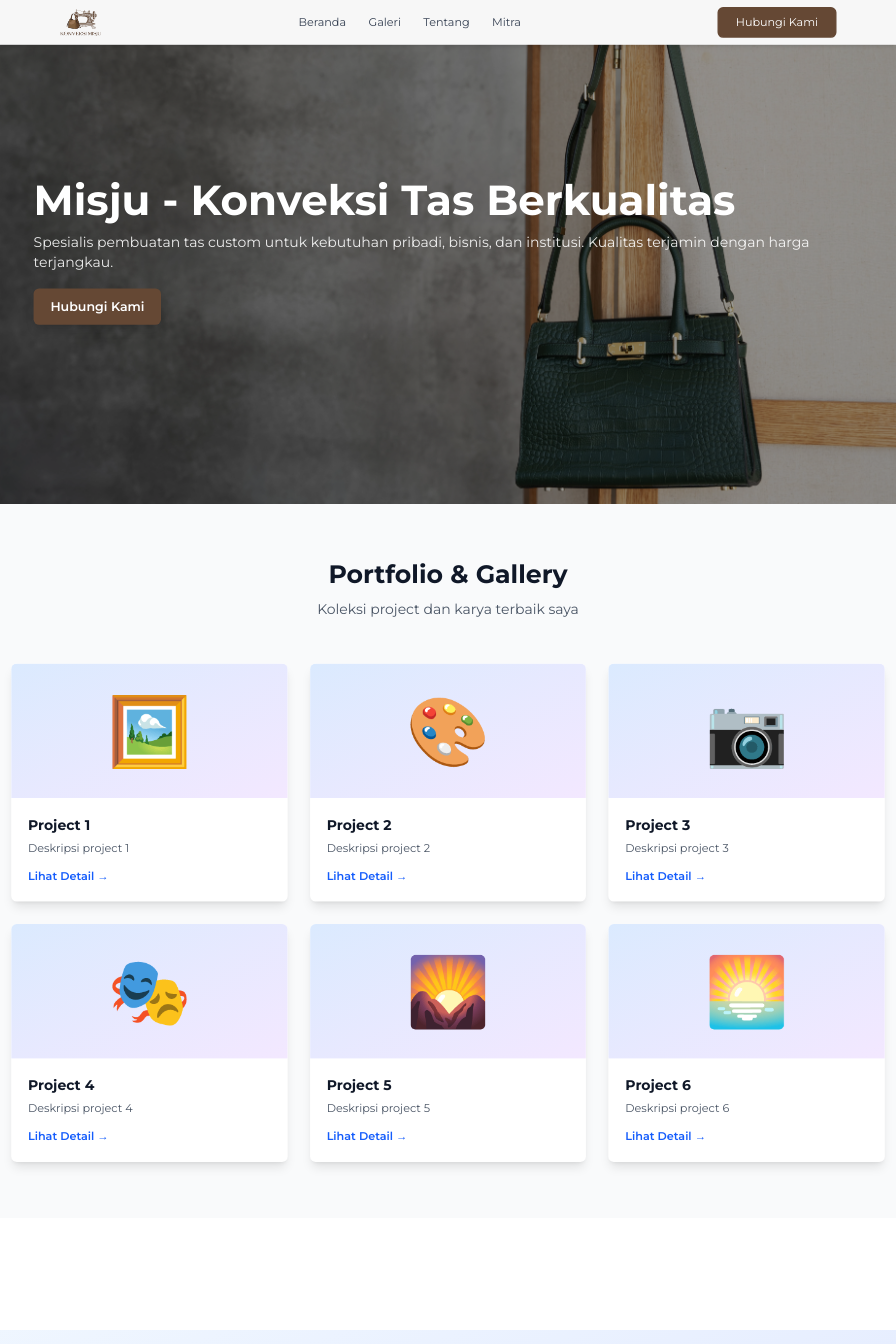
Repository: faridfirdaus-fred/konveksi_misju
Page: /
An editor plug-in stored every save of this project. The page is shown before and after the next save, followed by the edit.
The browser window is 1280 px wide. The pictures show the part of the page from y = 0 to 1920 px (the page is 3133 px tall), at 70% of full size.
The project was rebuilt for these pictures with package versions that can differ from the ones it lists, and the page was loaded fresh each time. Also part of the build but not shown: vite.config.js.

Above is the page before, as saved 2026-01-08 20:45:09.

### index.html
<!doctype html>
<html lang="en">
  <head>
    <meta charset="UTF-8" />
    <link rel="icon" type="image/svg+xml" href="/vite.svg" />
    <meta name="viewport" content="width=device-width, initial-scale=1.0" />
    <link rel="preconnect" href="https://fonts.googleapis.com">
    <link rel="preconnect" href="https://fonts.gstatic.com" crossorigin>
    <link href="https://fonts.googleapis.com/css2?family=Montserrat:wght@300;400;500;600;700;800&display=swap" rel="stylesheet">
    <title>portfolio_misju</title>
  </head>
  <body>
    <div id="root"></div>
    <script type="module" src="/src/main.jsx"></script>
  </body>
</html>

### src/index.css
@import "tailwindcss";

@theme {
  --color-primary: #654834;
  --color-secondary: #F7F7F7;
}

### src/App.jsx
import './App.css'
import Navbar from './components/Navbar'
import Hero from './components/Hero'
import Partners from './components/Partners'
import Gallery from './components/Gallery'
import About from './components/About'
import Footer from './components/Footer'
import Hero_Bottom from './components/Hero_Bottom'

function App() {
  return (
    <div className="min-h-screen bg-gray-50">
      <Navbar />
      <Hero />
      <Gallery />
      <About />
      <Hero_Bottom />
      <Partners />
      <Footer />
    </div>
  )
}

export default App

### src/App.css
/* Custom styles for portfolio */
html {
  scroll-behavior: smooth;
}

body {
  font-family: "Montserrat", sans-serif;
  font-optical-sizing: auto;
}

### src/components/Navbar.jsx
import { useState } from 'react'
import logo from '../assets/logo.webp'

function Navbar() {
    const [isMobileMenuOpen, setIsMobileMenuOpen] = useState(false)

    const scrollToSection = (id) => {
        const element = document.getElementById(id)
        if (element) {
            element.scrollIntoView({ behavior: 'smooth' })
        }
        setIsMobileMenuOpen(false)
    }

    return (
        <nav className="fixed top-0 left-0 right-0 bg-secondary shadow-md z-50">
            <div className="w-11/12 md:11/12 mx-auto px-4 sm:px-6 lg:px-8">
                <div className="flex justify-between items-center h-16">
                    {/* Logo - Kiri */}
                    <div className="shrink-0">
                        <a href="#home" className="flex items-center">
                            <img src={logo} alt="MyPortfolio Logo" className="h-10 w-auto" />
                        </a>
                    </div>

                    {/* Navigation - Tengah (Desktop) */}
                    <div className="hidden md:flex space-x-8">
                        <button onClick={() => scrollToSection('home')} className="text-gray-700 hover:text-primary transition">
                            Beranda
                        </button>

                        <button onClick={() => scrollToSection('gallery')} className="text-gray-700 hover:text-primary transition">
                            Galeri
                        </button>
                        <button onClick={() => scrollToSection('about')} className="text-gray-700 hover:text-primary transition">
                            Tentang
                        </button>
                         <button onClick={() => scrollToSection('partners')} className="text-gray-700 hover:text-primary transition">
                            Mitra
                        </button>
                    </div>

                    {/* Contact Button - Kanan */}
                    <div className="hidden md:block">
                        <a
                            href="https://wa.me/6285318217545"
                            target="_blank"
                            rel="noopener noreferrer"
                            className="inline-block bg-primary text-white px-6 py-2 rounded-lg transition hover:bg-secondary hover:text-primary border-2 border-primary"
                        >
                            Hubungi Kami
                        </a>
                    </div>

                    {/* Mobile menu button */}
                    <div className="md:hidden">
                        <button
                            onClick={() => setIsMobileMenuOpen(!isMobileMenuOpen)}
                            className="text-gray-700 hover:text-blue-600"
                        >
                            <svg className="h-6 w-6" fill="none" viewBox="0 0 24 24" stroke="currentColor">
                                <path strokeLinecap="round" strokeLinejoin="round" strokeWidth={2} d={isMobileMenuOpen ? "M6 18L18 6M6 6l12 12" : "M4 6h16M4 12h16M4 18h16"} />
                            </svg>
                        </button>
                    </div>
                </div>
            </div>

            {/* Mobile menu */}
            {isMobileMenuOpen && (
                <div className="md:hidden bg-white border-t">
                    <div className="px-2 pt-2 pb-3 space-y-1">
                        <button onClick={() => scrollToSection('home')} className="block w-full text-left px-3 py-2 text-gray-700 hover:bg-gray-100">
                            Beranda
                        </button>
                        <button onClick={() => scrollToSection('partners')} className="block w-full text-left px-3 py-2 text-gray-700 hover:bg-gray-100">
                            Mitra
                        </button>
                        <button onClick={() => scrollToSection('gallery')} className="block w-full text-left px-3 py-2 text-gray-700 hover:bg-gray-100">
                            Galeri
                        </button>
                        <button onClick={() => scrollToSection('about')} className="block w-full text-left px-3 py-2 text-gray-700 hover:bg-gray-100">
                            Tentang
                        </button>
                        <a
                            href="https://wa.me/6285318217545"
                            target="_blank"
                            rel="noopener noreferrer"
                            className="block w-full text-center px-3 py-2 bg-blue-600 text-white hover:bg-blue-700 rounded"
                        >
                            Kontak
                        </a>
                    </div>
                </div>
            )}
        </nav>
    )
}

export default Navbar

### src/components/Hero.jsx
import hero from '../assets/hero.webp'

function Hero() {

  return (
    <section
      id="home"
      className="min-h-screen w-full flex items-center relative bg-cover bg-center bg-no-repeat"
      style={{
        backgroundImage: `url(${hero})`
      }}
    >
      {/* Overlay */}
      <div className="absolute inset-0 bg-black/40"></div>

      {/* Content */}
      <div className="relative z-10 max-w-7xl mx-auto w-full px-6 md:px-12">
        <div className="max- text-start">
          <h1 className="text-4xl md:text-6xl font-bold text-white mb-4">
            Misju - Konveksi Tas Berkualitas
          </h1>
          <p className="text-lg md:text-xl text-white/90 mb-6">
            Spesialis pembuatan tas custom untuk kebutuhan pribadi, bisnis, dan institusi. Kualitas terjamin dengan harga terjangkau.
          </p>
          <div className="flex flex-wrap gap-4">
            <a
              href="https://wa.me/6285318217545"
              target="_blank"
              rel="noopener noreferrer"
              className="bg-primary text-white px-6 py-3 rounded-lg text-lg font-semibold hover:bg-secondary hover:text-primary transition shadow-lg"
            >
              Hubungi Kami
            </a>
          </div>
        </div>
      </div>
    </section>
  )
}

export default Hero

### src/components/Partners.jsx
function Partners() {
  const partners = [
    { id: 1, name: 'Company 1', logo: '🏢' },
    { id: 2, name: 'Company 2', logo: '🏭' },
    { id: 3, name: 'Company 3', logo: '🏪' },
    { id: 4, name: 'Company 4', logo: '🏛️' },
    { id: 5, name: 'Company 5', logo: '🏦' },
  ]

  return (
    <section id="partners" className="py-20 px-4 bg-white">
      <div className="max-w-7xl mx-auto">
        <div className="text-center mb-16">
          <h2 className="text-4xl font-bold text-gray-900 mb-4">
            Perusahaan yang Telah Bekerja Sama
          </h2>
          <p className="text-xl text-gray-600">
            Dipercaya oleh berbagai perusahaan terkemuka
          </p>
        </div>
        <div className="grid grid-cols-2 md:grid-cols-3 lg:grid-cols-5 gap-8">
          {partners.map((partner) => (
            <div key={partner.id} className="flex flex-col items-center justify-center p-6 bg-gray-50 rounded-lg hover:shadow-lg transition">
              <div className="text-6xl mb-4">{partner.logo}</div>
              <p className="text-gray-700 font-semibold">{partner.name}</p>
            </div>
          ))}
        </div>
      </div>
    </section>
  )
}

export default Partners

### src/components/Gallery.jsx
function Gallery() {
  const galleryItems = [
    { id: 1, title: 'Project 1', image: '🖼️', description: 'Deskripsi project 1' },
    { id: 2, title: 'Project 2', image: '🎨', description: 'Deskripsi project 2' },
    { id: 3, title: 'Project 3', image: '📷', description: 'Deskripsi project 3' },
    { id: 4, title: 'Project 4', image: '🎭', description: 'Deskripsi project 4' },
    { id: 5, title: 'Project 5', image: '🌄', description: 'Deskripsi project 5' },
    { id: 6, title: 'Project 6', image: '🌅', description: 'Deskripsi project 6' },
  ]

  return (
    <section id="gallery" className="py-20 px-4 bg-gray-50">
      <div className="max-w-7xl mx-auto">
        <div className="text-center mb-16">
          <h2 className="text-4xl font-bold text-gray-900 mb-4">
            Portfolio & Gallery
          </h2>
          <p className="text-xl text-gray-600">
            Koleksi project dan karya terbaik saya
          </p>
        </div>
        <div className="grid grid-cols-1 md:grid-cols-2 lg:grid-cols-3 gap-8">
          {galleryItems.map((item) => (
            <div key={item.id} className="bg-white rounded-lg overflow-hidden shadow-lg hover:shadow-xl transition">
              <div className="h-48 bg-gradient-to-br from-blue-100 to-purple-100 flex items-center justify-center text-8xl">
                {item.image}
              </div>
              <div className="p-6">
                <h3 className="text-xl font-bold text-gray-900 mb-2">{item.title}</h3>
                <p className="text-gray-600">{item.description}</p>
                <button className="mt-4 text-blue-600 font-semibold hover:text-blue-700">
                  Lihat Detail →
                </button>
              </div>
            </div>
          ))}
        </div>
      </div>
    </section>
  )
}

export default Gallery

### src/components/About.jsx
function About() {
  return (
    <section id="about" className="py-20 px-4 bg-white ">
      <div className="max-w-7xl mx-auto">

      </div>
    </section>
  )
}

export default About

### src/components/Footer.jsx
function Footer() {
  const scrollToSection = (id) => {
    const element = document.getElementById(id)
    if (element) {
      element.scrollIntoView({ behavior: 'smooth' })
    }
  }

  return (
    <footer id="footer" className="bg-primary text-white py-12 px-4">
      <div className="max-w-7xl mx-auto">
        <div className="grid grid-cols-1 md:grid-cols-3 gap-8 mb-8">
          {/* About */}
          <div>
            <h3 className="text-2xl font-bold mb-4">MyPortfolio</h3>
            <p className="text-gray-400">
              Menciptakan solusi digital yang inovatif dan berkualitas untuk kesuksesan bisnis Anda
            </p>
          </div>

          {/* Quick Links */}
          <div>
            <h3 className="text-xl font-bold mb-4">Quick Links</h3>
            <ul className="space-y-2">
              <li>
                <button onClick={() => scrollToSection('home')} className="text-gray-400 hover:text-white transition">
                  Home
                </button>
              </li>
              <li>
                <button onClick={() => scrollToSection('partners')} className="text-gray-400 hover:text-white transition">
                  Partners
                </button>
              </li>
              <li>
                <button onClick={() => scrollToSection('gallery')} className="text-gray-400 hover:text-white transition">
                  Gallery
                </button>
              </li>
              <li>
                <button onClick={() => scrollToSection('about')} className="text-gray-400 hover:text-white transition">
                  About
                </button>
              </li>
            </ul>
          </div>

          {/* Contact */}
          <div>
            <h3 className="text-xl font-bold mb-4">Contact</h3>
            <ul className="space-y-2 text-gray-400">
              <li>📧 email@example.com</li>
              <li>📱 +62 123 4567 8900</li>
              <li>📍 Jakarta, Indonesia</li>
            </ul>
            <div className="flex gap-4 mt-4">
              <a href="#" className="text-2xl hover:text-blue-400 transition">🔗</a>
              <a href="#" className="text-2xl hover:text-blue-400 transition">💼</a>
              <a href="#" className="text-2xl hover:text-blue-400 transition">📸</a>
            </div>
          </div>
        </div>

        <div className="border-t border-gray-800 pt-8 text-center text-gray-400">
          <p>&copy; 2026 MyPortfolio. All rights reserved.</p>
        </div>
      </div>
    </footer>
  )
}

export default Footer

### src/components/Hero_Bottom.jsx
function Hero_Bottom() {
  const scrollToSection = (id) => {
    const element = document.getElementById(id)
    if (element) {
      element.scrollIntoView({ behavior: 'smooth' })
    }
  }

  return (
    <section id="home" className="pt-24 pb-20 px-4 bg-gradient-to-br from-blue-50 to-indigo-100">
      <div className="max-w-7xl mx-auto">
        <div className="text-center">
          <h1 className="text-5xl md:text-6xl font-bold text-gray-900 mb-6">
            Selamat Datang di Portfolio Saya
          </h1>
          <p className="text-xl md:text-2xl text-gray-600 mb-8 max-w-3xl mx-auto">
            Saya adalah seorang profesional yang berpengalaman dalam menciptakan solusi digital yang inovatif dan berkualitas tinggi
          </p>
          <div className="flex justify-center gap-4">
            <button onClick={() => scrollToSection('gallery')} className="bg-blue-600 text-white px-8 py-3 rounded-lg text-lg font-semibold hover:bg-blue-700 transition">
              Lihat Portfolio
            </button>
            <button onClick={() => scrollToSection('footer')} className="bg-white text-blue-600 px-8 py-3 rounded-lg text-lg font-semibold border-2 border-blue-600 hover:bg-blue-50 transition">
              Hubungi Saya
            </button>
          </div>
        </div>
      </div>
    </section>
  )
}

export default Hero_Bottom

Loaded but not shown: src/main.jsx (common file)

After the next save:
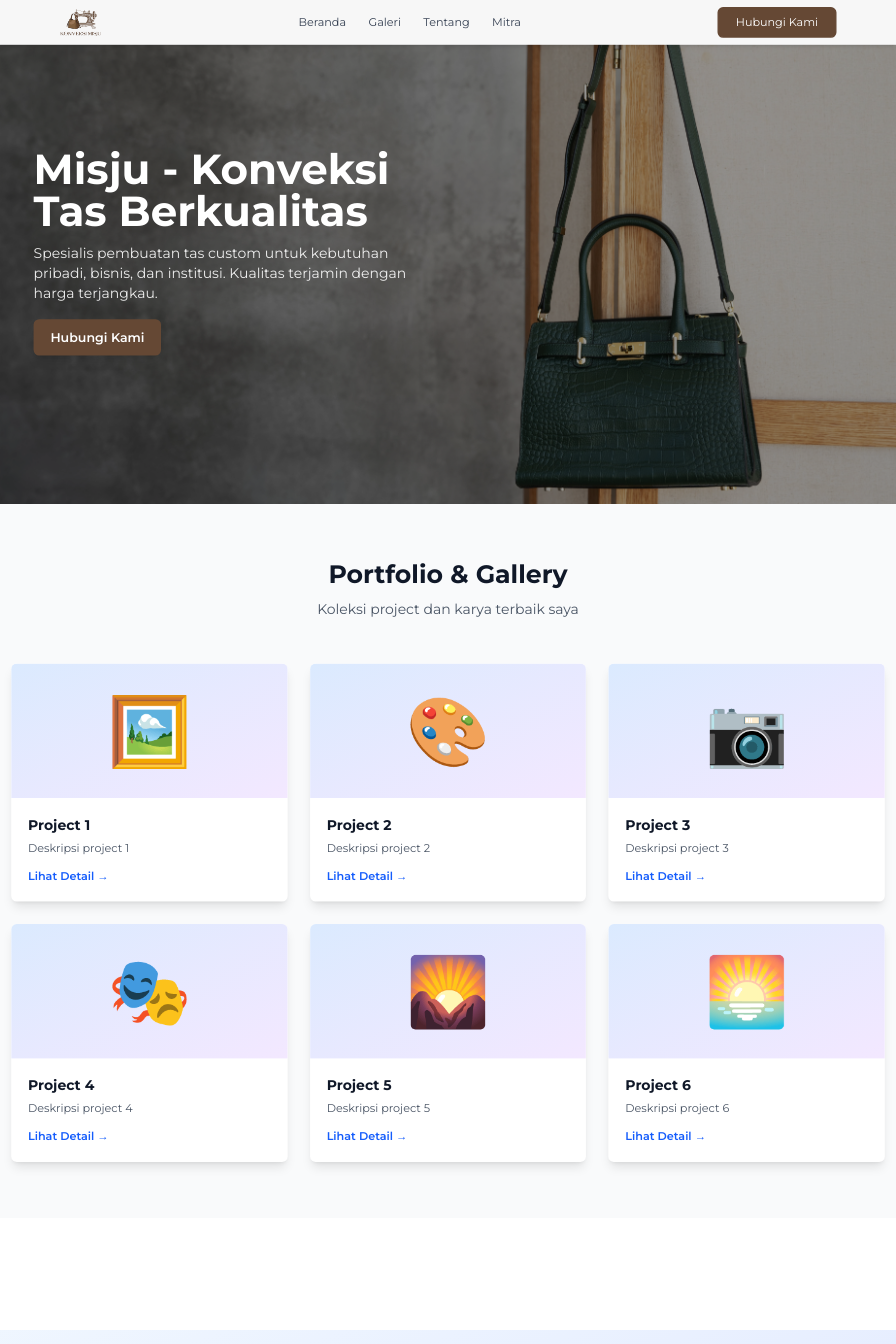
Saved 4 s later.
--- a/src/components/Hero.jsx
+++ b/src/components/Hero.jsx
@@ -15,7 +15,7 @@
 
       {/* Content */}
       <div className="relative z-10 max-w-7xl mx-auto w-full px-6 md:px-12">
-        <div className="max- text-start">
+        <div className="max-w-xl text-start">
           <h1 className="text-4xl md:text-6xl font-bold text-white mb-4">
             Misju - Konveksi Tas Berkualitas
           </h1>

After the 2 saves that followed:
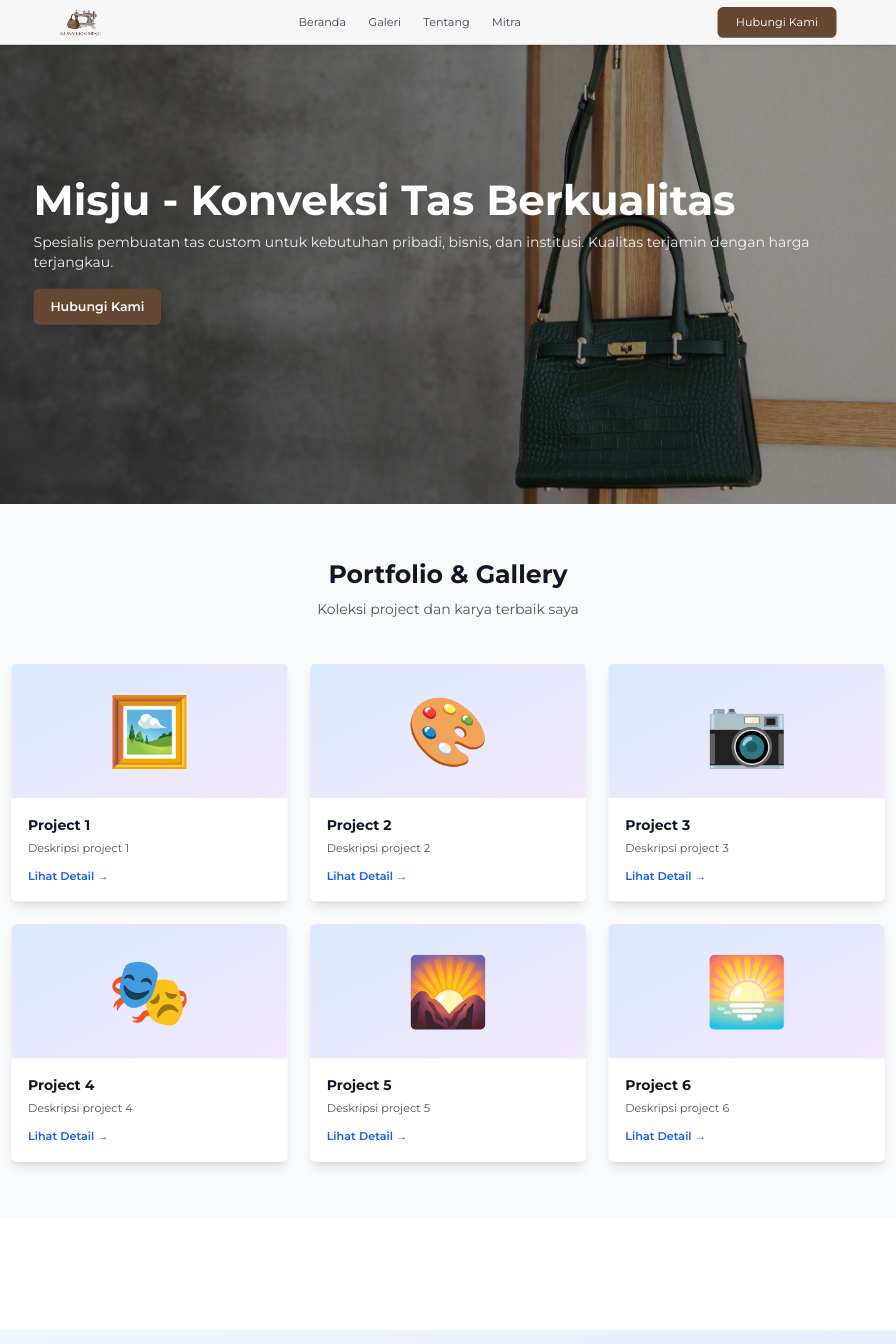
The 2 saves are shown as one change because 1 left the picture as it was.
The last was saved 12 s later.
--- a/src/components/Hero.jsx
+++ b/src/components/Hero.jsx
@@ -14,8 +14,8 @@
       <div className="absolute inset-0 bg-black/40"></div>
 
       {/* Content */}
-      <div className="relative z-10 max-w-7xl mx-auto w-full px-6 md:px-12">
-        <div className="max-w-xl text-start">
+      <div className="relative z-10 w-full mx-auto w-full px-6 md:px-12">
+        <div className=" text-start">
           <h1 className="text-4xl md:text-6xl font-bold text-white mb-4">
             Misju - Konveksi Tas Berkualitas
           </h1>
